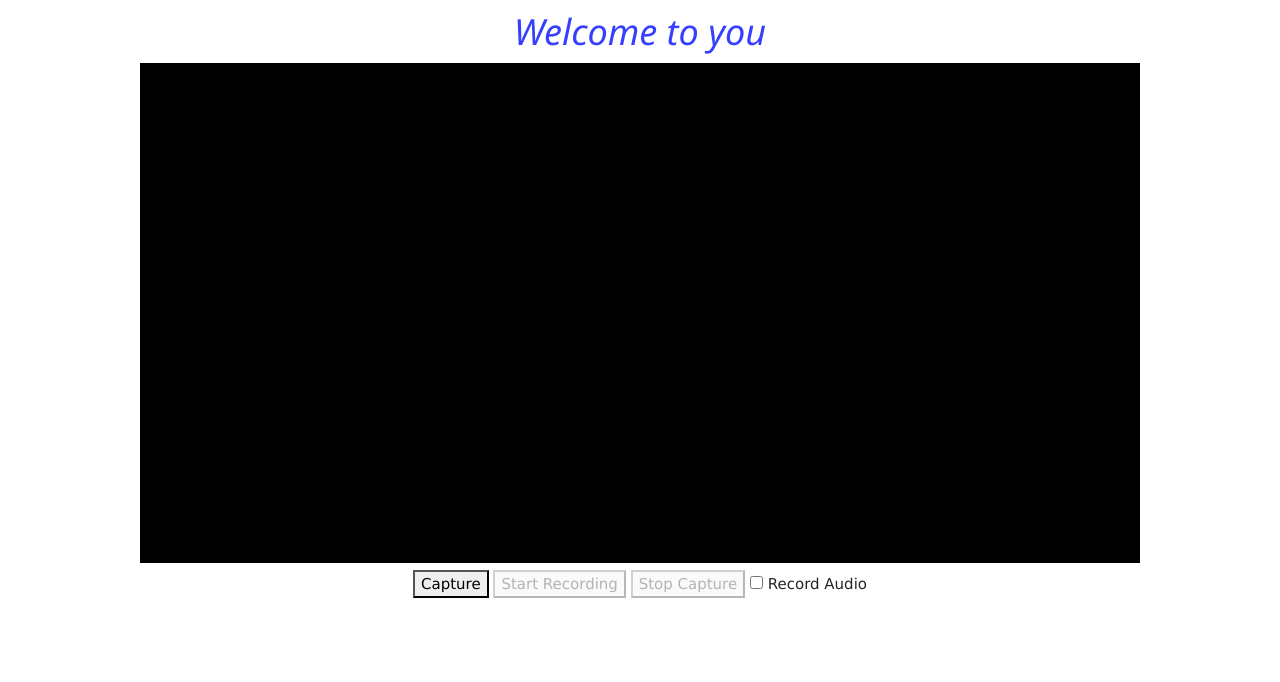
Repository: santiljanomalaj/recording_youtube
Page: index.html
The author's editor kept a copy of each file at every save. The page is drawn from the files as they stood at one save, then again after the next save.
The browser window is 1280 px wide. The pictures show the whole page.

Above is the page before, as saved 2020-04-29 18:30:21.

After the next save:
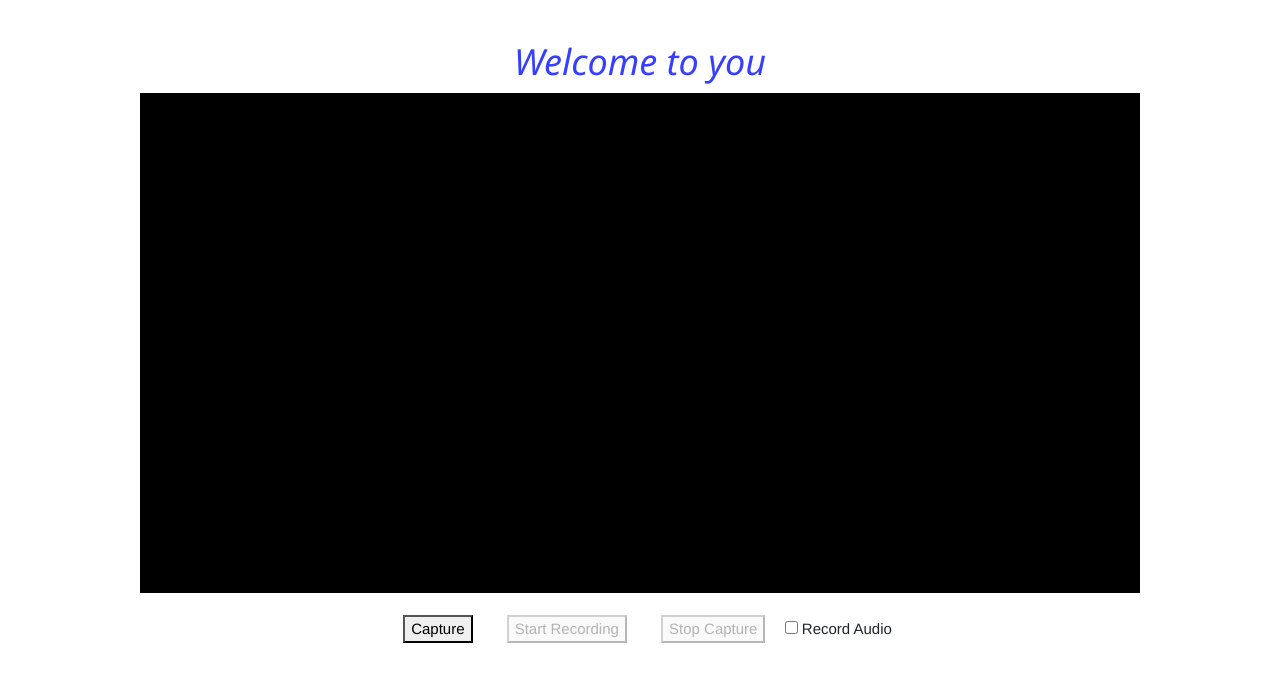
Saved 26 s later.
--- a/index.html
+++ b/index.html
@@ -6,7 +6,6 @@
     <meta http-equiv="X-UA-Compatible" content="IE=edge" />
     <meta name="viewport" content="width=device-width, initial-scale=1" />
 
-    <link rel="stylesheet" href="style.css" />
     <link
       rel="stylesheet"
       href="https://maxcdn.bootstrapcdn.com/bootstrap/4.4.1/css/bootstrap.min.css"
@@ -16,6 +15,7 @@
       rel="stylesheet"
       href="https://fonts.googleapis.com/css?family=Tangerine"
     />
+    <link rel="stylesheet" href="style.css" />
 
     <script>
       //   if (location.protocol !== "https:") location.protocol = "https:";
